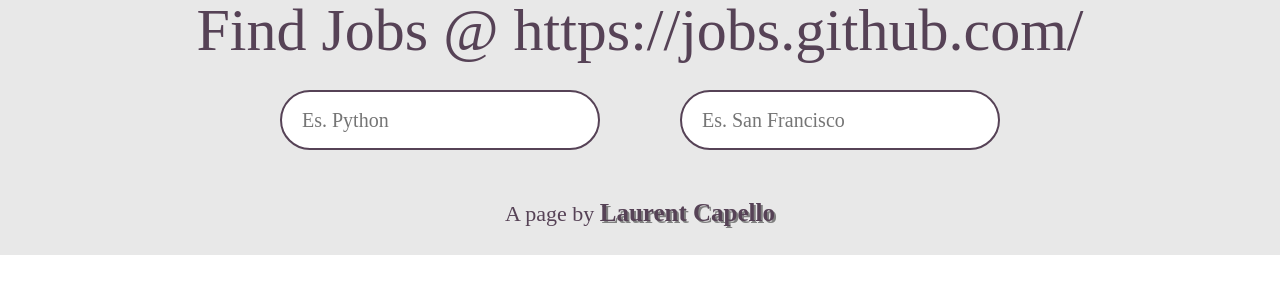
Repository: sokafootball/job-finder
Page: /
An editor plug-in stored every save of this project. The page is shown before and after the next save, followed by the edit.
The browser window is 1280 px wide. The pictures show the whole page.
The page's requests for data from a server got no answer. The project was rebuilt for these pictures with package versions that can differ from the ones it lists, and the page was loaded fresh each time. No one was signed in, and anything a server would have sent is missing. Also part of the build but not shown: src/components/JobCard/JobCard.css, src/components/JobCard/JobCard.js.

Above is the page before, as saved 2020-10-23 13:21:37.

After the next save:
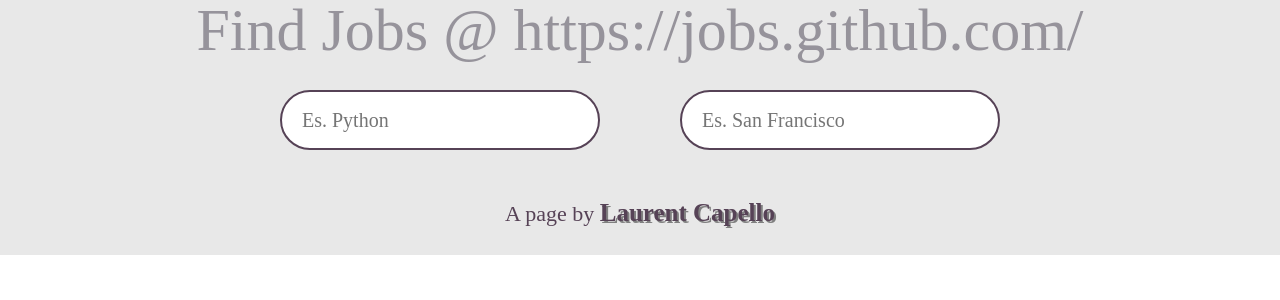
Saved 6 s later.
--- a/src/components/Header/Header.css
+++ b/src/components/Header/Header.css
@@ -1,4 +1,4 @@
 #title{
   font-size: 60px;
-  color: #96939B'
+  color: #96939B;
 }

After the save that followed:
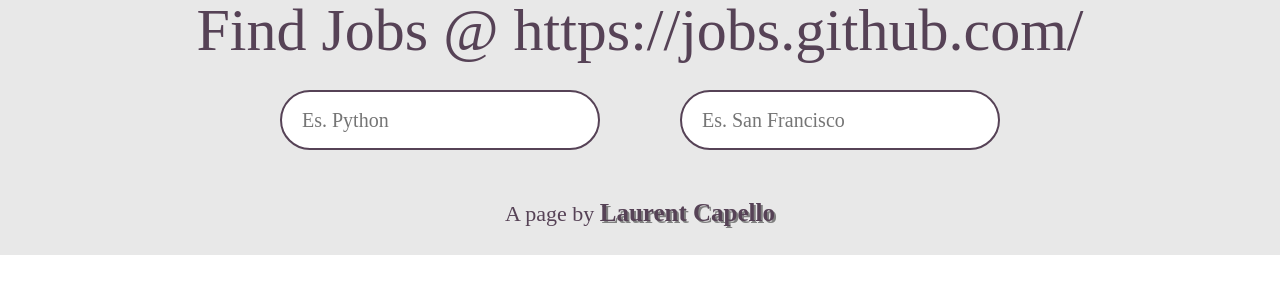
Saved 8 s later.
--- a/src/components/Header/Header.css
+++ b/src/components/Header/Header.css
@@ -1,4 +1,3 @@
 #title{
   font-size: 60px;
-  color: #96939B;
 }
